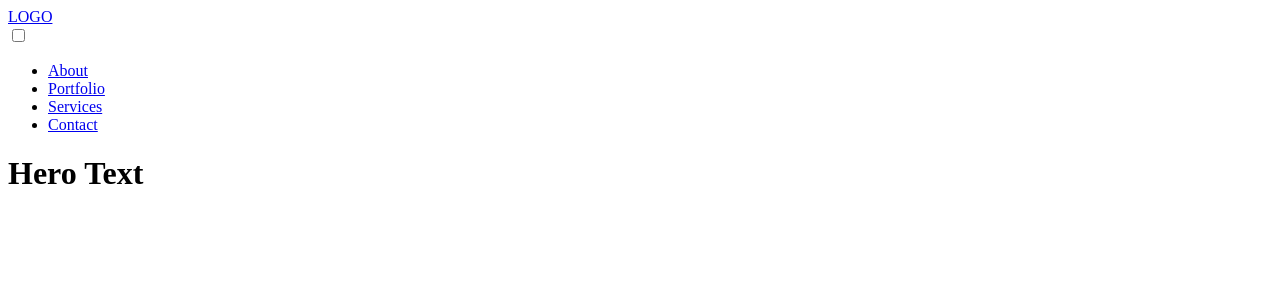
Repository: digiangler/animated-responsive-navbar
Page: dist/index.html
These files come from the project's save history. The page is drawn as it stood at one moment and after the next save; the edit follows.
The browser window is 1280 px wide. The pictures show the whole page.

Above is the page before, as saved 2020-10-21 01:08:45.

After the next save:
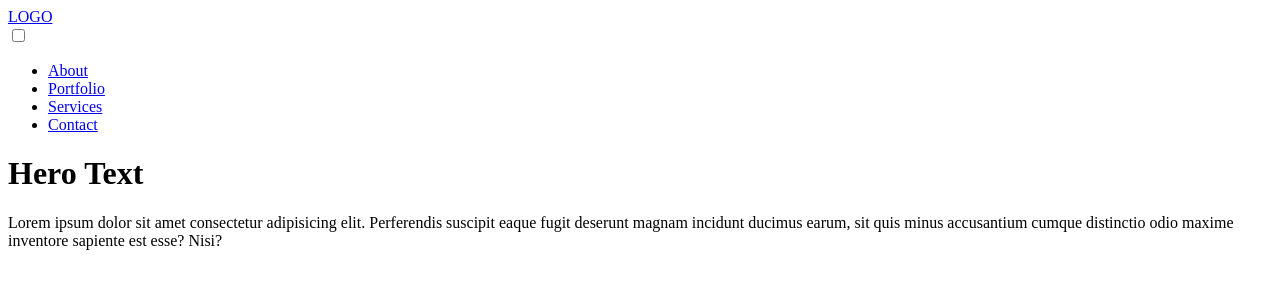
Saved 26 s later.
--- a/dist/index.html
+++ b/dist/index.html
@@ -26,6 +26,13 @@
     <div class="hero">
       <h1>Hero Text</h1>
     </div>
-    <div class="container"></div>
+    <div class="container">
+      <p>
+        Lorem ipsum dolor sit amet consectetur adipisicing elit. Perferendis
+        suscipit eaque fugit deserunt magnam incidunt ducimus earum, sit quis
+        minus accusantium cumque distinctio odio maxime inventore sapiente est
+        esse? Nisi?
+      </p>
+    </div>
   </body>
 </html>
